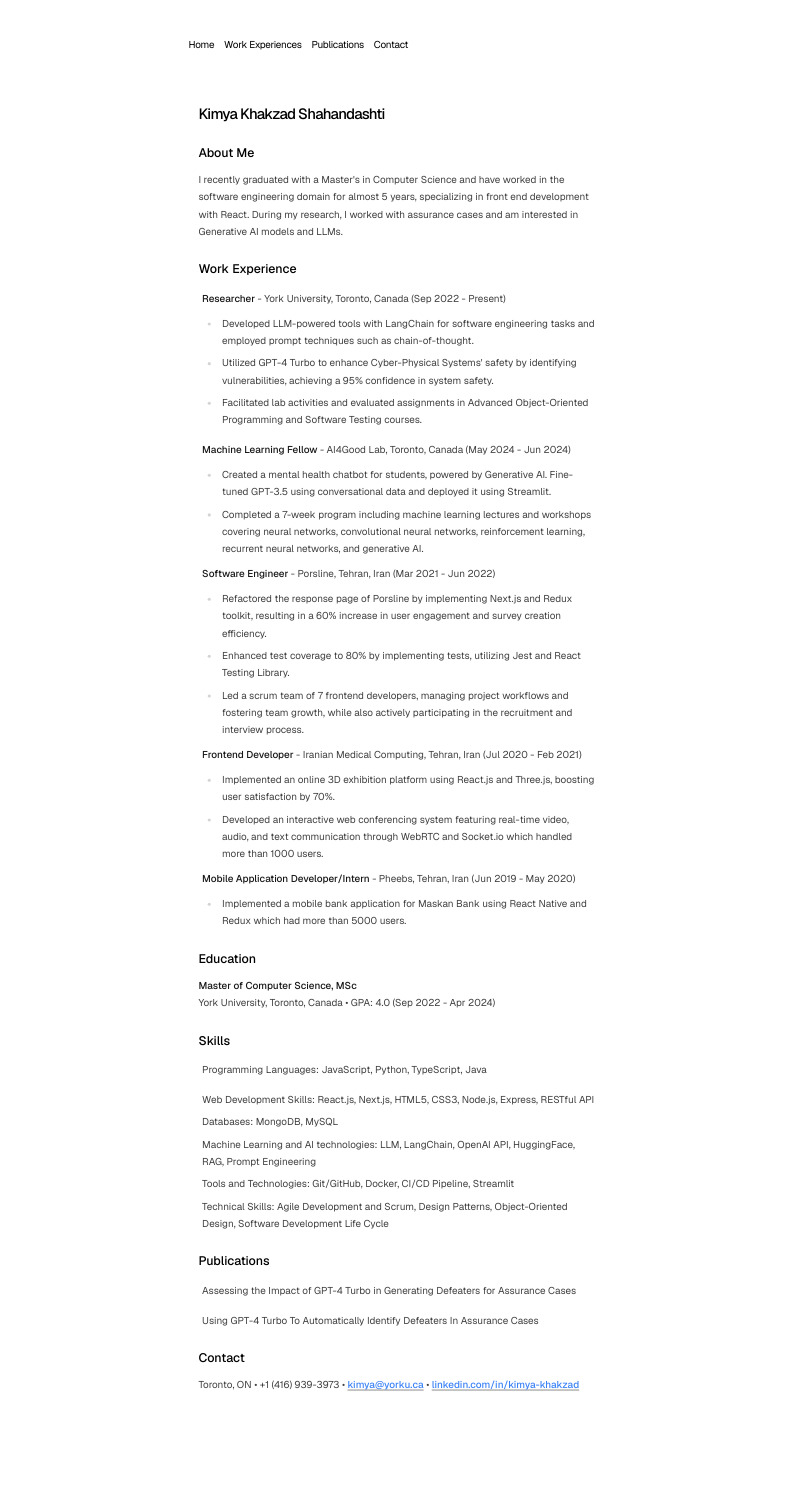
Repository: kimixz/kimixz.github.io
Page: /
The author's editor kept a copy of each file at every save. The page is drawn from the files as they stood at one save, then again after the next save.
The browser window is 1280 px wide. The pictures show the whole page, at 62% of full size.
The project was rebuilt for these pictures with package versions that can differ from the ones it lists, and the page was loaded fresh each time. Some packages were replaced by stand-ins written for this rebuild. The framework's server and built-in components were replaced by stand-ins that run in the browser. Also part of the build but not shown: next.config.mjs, app/blog/[slug]/sandpack.tsx.

Above is the page before, as saved 2024-07-28 16:21:55.

### app/page.tsx
export default function Page() {
  return (
    <section className="max-w-3xl mx-auto p-4">
      <h1 className="font-medium text-2xl mb-8 tracking-tighter">Kimya Khakzad Shahandashti</h1>

      <section className="mb-8">
        <h2 className="font-medium text-xl mb-4">About Me</h2>
        <p className="prose prose-neutral dark:prose-invert">
          I recently graduated with a Master's in Computer Science and have worked in the software engineering domain for almost 5 years, specializing in front end development with React.
          During my research, I worked with assurance cases and am interested in Generative AI models and LLMs.
        </p>
      </section>

      <section className="mb-8">
        <h2 className="font-medium text-xl mb-4">Work Experience</h2>
        <ul className="prose prose-neutral dark:prose-invert">
          <li>
            <strong>Researcher</strong> - York University, Toronto, Canada (Sep 2022 - Present)
            <ul>
              <li>Developed LLM-powered tools with LangChain for software engineering tasks and employed prompt techniques such as chain-of-thought.</li>
              <li>Utilized GPT-4 Turbo to enhance Cyber-Physical Systems' safety by identifying vulnerabilities, achieving a 95% confidence in system safety.</li>
              <li>Facilitated lab activities and evaluated assignments in Advanced Object-Oriented Programming and Software Testing courses.</li>
            </ul>
          </li>
          <li>
            <strong>Machine Learning Fellow</strong> - AI4Good Lab, Toronto, Canada (May 2024 - Jun 2024)
            <ul>
              <li>Created a mental health chatbot for students, powered by Generative AI. Fine-tuned GPT-3.5 using conversational data and deployed it using Streamlit.</li>
              <li>Completed a 7-week program including machine learning lectures and workshops covering neural networks, convolutional neural networks, reinforcement learning, recurrent neural networks, and generative AI.</li>
            </ul>
          </li>
          <li>
            <strong>Software Engineer</strong> - Porsline, Tehran, Iran (Mar 2021 - Jun 2022)
            <ul>
              <li>Refactored the response page of Porsline by implementing Next.js and Redux toolkit, resulting in a 60% increase in user engagement and survey creation efficiency.</li>
              <li>Enhanced test coverage to 80% by implementing tests, utilizing Jest and React Testing Library.</li>
              <li>Led a scrum team of 7 frontend developers, managing project workflows and fostering team growth, while also actively participating in the recruitment and interview process.</li>
            </ul>
          </li>
          <li>
            <strong>Frontend Developer</strong> - Iranian Medical Computing, Tehran, Iran (Jul 2020 - Feb 2021)
            <ul>
              <li>Implemented an online 3D exhibition platform using React.js and Three.js, boosting user satisfaction by 70%.</li>
              <li>Developed an interactive web conferencing system featuring real-time video, audio, and text communication through WebRTC and Socket.io which handled more than 1000 users.</li>
            </ul>
          </li>
          <li>
            <strong>Mobile Application Developer/Intern</strong> - Pheebs, Tehran, Iran (Jun 2019 - May 2020)
            <ul>
              <li>Implemented a mobile bank application for Maskan Bank using React Native and Redux which had more than 5000 users.</li>
            </ul>
          </li>
        </ul>
      </section>

      <section className="mb-8">
        <h2 className="font-medium text-xl mb-4">Education</h2>
        <p className="prose prose-neutral dark:prose-invert">
          <strong>Master of Computer Science, MSc</strong><br />
          York University, Toronto, Canada • GPA: 4.0 (Sep 2022 - Apr 2024)
        </p>
      </section>

      <section className="mb-8">
        <h2 className="font-medium text-xl mb-4">Skills</h2>
        <ul className="prose prose-neutral dark:prose-invert">
          <li>Programming Languages: JavaScript, Python, TypeScript, Java</li>
          <li>Web Development Skills: React.js, Next.js, HTML5, CSS3, Node.js, Express, RESTful API</li>
          <li>Databases: MongoDB, MySQL</li>
          <li>Machine Learning and AI technologies: LLM, LangChain, OpenAI API, HuggingFace, RAG, Prompt Engineering</li>
          <li>Tools and Technologies: Git/GitHub, Docker, CI/CD Pipeline, Streamlit</li>
          <li>Technical Skills: Agile Development and Scrum, Design Patterns, Object-Oriented Design, Software Development Life Cycle</li>
        </ul>
      </section>

      <section className="mb-8">
        <h2 className="font-medium text-xl mb-4">Publications</h2>
        <ul className="prose prose-neutral dark:prose-invert">
          <li>Assessing the Impact of GPT-4 Turbo in Generating Defeaters for Assurance Cases</li>
          <li>Using GPT-4 Turbo To Automatically Identify Defeaters In Assurance Cases</li>
        </ul>
      </section>

      <section>
        <h2 className="font-medium text-xl mb-4">Contact</h2>
        <p className="prose prose-neutral dark:prose-invert">
          Toronto, ON • +1 (416) 939-3973 • <a href="mailto:kimya@yorku.ca" className="text-blue-500">kimya@yorku.ca</a> • <a href="https://linkedin.com/in/kimya-khakzad" className="text-blue-500">linkedin.com/in/kimya-khakzad</a>
        </p>
      </section>
    </section>
  );
}

### app/global.css
@tailwind base;
@tailwind components;
@tailwind utilities;

::selection {
  background-color: #47a3f3;
  color: #fefefe;
}

:root {
  --sh-class: #2d5e9d;
  --sh-identifier: #354150;
  --sh-sign: #8996a3;
  --sh-string: #007f7a;
  --sh-keyword: #e02518;
  --sh-comment: #a19595;
  --sh-jsxliterals: #6266d1;
  --sh-property: #e25a1c;
  --sh-entity: #e25a1c;
}

@media (prefers-color-scheme: dark) {
  :root {
    --sh-class: #4c97f8;
    --sh-identifier: white;
    --sh-keyword: #f47067;
    --sh-string: #0fa295;
  }
  html {
    color-scheme: dark;
  }
}

html {
  min-width: 360px;
}

.prose .anchor {
  @apply absolute invisible no-underline;

  margin-left: -1em;
  padding-right: 0.5em;
  width: 80%;
  max-width: 700px;
  cursor: pointer;
}

.anchor:hover {
  @apply visible;
}

.prose a {
  @apply transition-all decoration-neutral-400 dark:decoration-neutral-600 underline-offset-2 decoration-[0.1em];
}

.prose .anchor:after {
  @apply text-neutral-300 dark:text-neutral-700;
  content: '#';
}

.prose *:hover > .anchor {
  @apply visible;
}

.prose pre {
  @apply bg-neutral-50 dark:bg-neutral-900 rounded-lg overflow-x-auto border border-neutral-200 dark:border-neutral-900;
}

.prose code {
  @apply px-1 py-0.5 rounded-lg;
}

.prose pre code {
  @apply p-0;
  border: initial;
  line-height: 1.5;
}

.prose code span {
  @apply font-medium;
}

.prose img {
  /* Don't apply styles to next/image */
  @apply m-0;
}

.prose h2,
h3,
h4 {
  @apply font-medium tracking-tighter !important;
}

.prose strong {
  @apply font-medium;
}

.prose > :first-child {
  /* Override removing top margin, causing layout shift */
  margin-top: 1.25em !important;
  margin-bottom: 1.25em !important;
}

pre::-webkit-scrollbar {
  display: none;
}

pre {
  -ms-overflow-style: none; /* IE and Edge */
  scrollbar-width: none; /* Firefox */
}

/* Remove Safari input shadow on mobile */
input[type='text'],
input[type='email'] {
  -webkit-appearance: none;
  -moz-appearance: none;
  appearance: none;
}

.prose .tweet a {
  text-decoration: inherit;
  font-weight: 500;
}

table {
  display: block;
  max-width: fit-content;
  overflow-x: auto;
  white-space: nowrap;
}

.prose .callout > p {
  margin: 0 !important;
}

.title {
  text-wrap: balance;
}

### app/components/nav.tsx
import Link from 'next/link';

const navItems = {
  '/': {
    name: 'Home',
  },
  '/work': {
    name: 'Work Experiences',
  },
  '/publications': {
    name: 'Publications',
  },
  '/contact': {
    name: 'Contact',
  },
};

export function Navbar() {
  return (
    <aside className="-ml-[8px] mb-16 tracking-tight">
      <div className="lg:sticky lg:top-20">
        <nav
          className="flex flex-row items-start relative px-0 pb-0 fade md:overflow-auto scroll-pr-6 md:relative"
          id="nav"
        >
          <div className="flex flex-row space-x-0 pr-10">
            {Object.entries(navItems).map(([path, { name }]) => {
              return (
                <Link
                  key={path}
                  href={path}
                  className="transition-all hover:text-neutral-800 dark:hover:text-neutral-200 flex align-middle relative py-1 px-2"
                >
                  {name}
                </Link>
              );
            })}
          </div>
        </nav>
      </div>
    </aside>
  );
}

Loaded but not shown: app/layout.tsx (common file); tailwind.config.ts (common file)

After the next save:
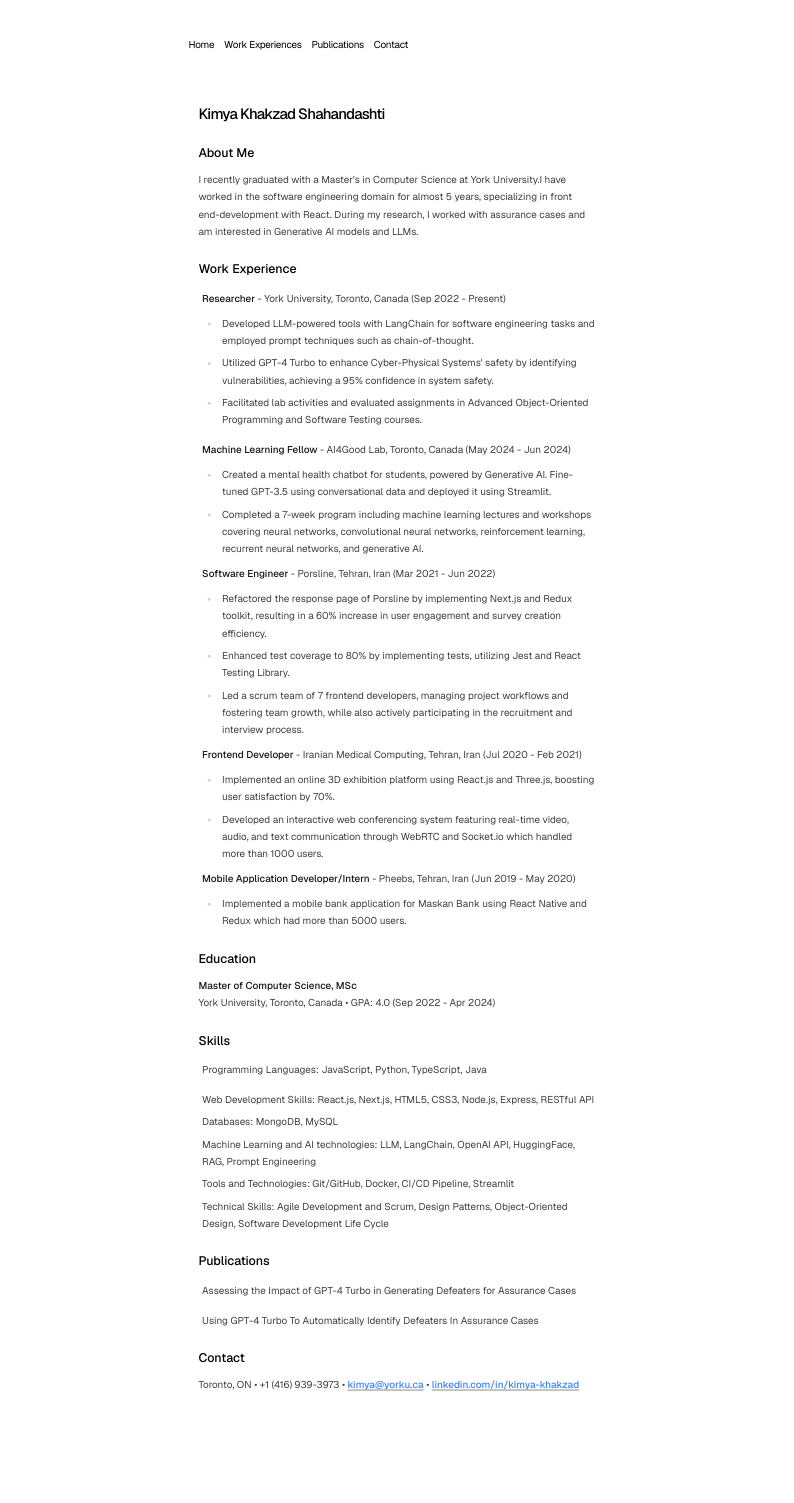
Saved 90 s later.
--- a/app/page.tsx
+++ b/app/page.tsx
@@ -6,7 +6,7 @@ export default function Page() {
       <section className="mb-8">
         <h2 className="font-medium text-xl mb-4">About Me</h2>
         <p className="prose prose-neutral dark:prose-invert">
-          I recently graduated with a Master's in Computer Science and have worked in the software engineering domain for almost 5 years, specializing in front end development with React.
+          I recently graduated with a Master's in Computer Science at York University.I have worked in the software engineering domain for almost 5 years, specializing in front end-development with React.
           During my research, I worked with assurance cases and am interested in Generative AI models and LLMs.
         </p>
       </section>
